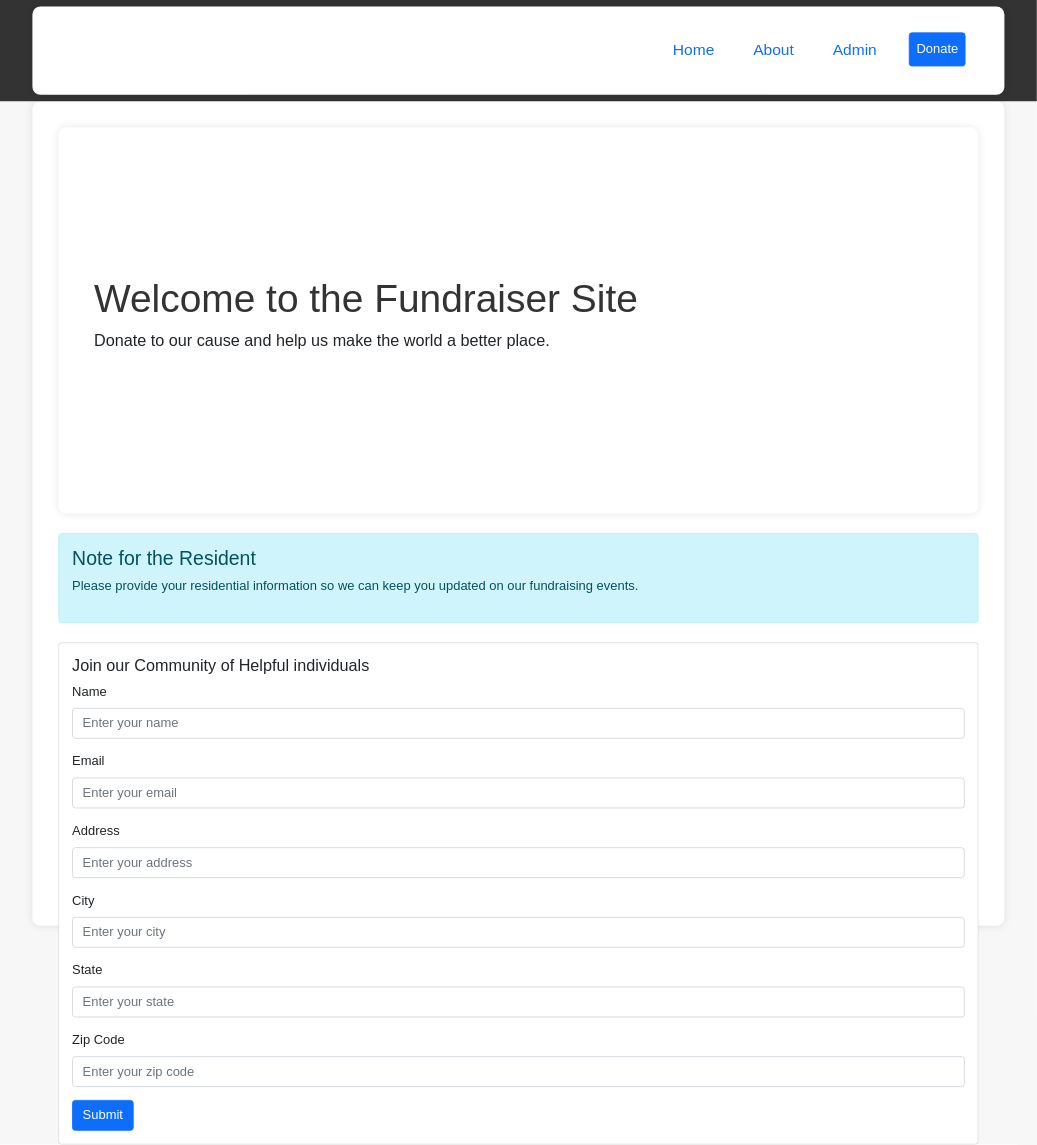
Repository: DragonFruit8/Fundraiser-Page
Page: /
An editor plug-in stored every save of this project. The page is shown before and after a run of saves, followed by the edit.
The browser window is 1280 px wide. The pictures show the whole page, at 81% of full size.
The project was rebuilt for these pictures with package versions that can differ from the ones it lists, and the page was loaded fresh each time. Also part of the build but not shown: src/pages/About.js, src/pages/Donate.js, src/pages/Admin.js.

Above is the page before, as saved 2024-07-19 14:09:29.

### public/index.html
<!DOCTYPE html>
<html lang="en">
  <head>
    <meta charset="utf-8" />
    <link rel="icon" href="%PUBLIC_URL%/favicon.ico" />
    <meta name="viewport" content="width=device-width, initial-scale=1" />
    <meta name="theme-color" content="#000000" />
    <meta
      name="description"
      content="Web site created using create-react-app"
    />
    <link rel="apple-touch-icon" href="%PUBLIC_URL%/logo192.png" />
    <link
      href="https://cdn.jsdelivr.net/npm/bootstrap@5.0.2/dist/css/bootstrap.min.css"
      rel="stylesheet"
      integrity="sha384-EVSTQN3/azprG1Anm3QDgpJLIm9Nao0Yz1ztcQTwFspd3yD65VohhpuuCOmLASjC"
      crossorigin="anonymous"
    />
    <!--
      manifest.json provides metadata used when your web app is installed on a
      user's mobile device or desktop. See https://developers.google.com/web/fundamentals/web-app-manifest/
    -->
    <link rel="manifest" href="%PUBLIC_URL%/manifest.json" />
    <!--
      Notice the use of %PUBLIC_URL% in the tags above.
      It will be replaced with the URL of the `public` folder during the build.
      Only files inside the `public` folder can be referenced from the HTML.

      Unlike "/favicon.ico" or "favicon.ico", "%PUBLIC_URL%/favicon.ico" will
      work correctly both with client-side routing and a non-root public URL.
      Learn how to configure a non-root public URL by running `npm run build`.
    -->
    <title>React App</title>
  </head>
  <body>
    <noscript>You need to enable JavaScript to run this app.</noscript>
    <div id="root"></div>
    <!--
      This HTML file is a template.
      If you open it directly in the browser, you will see an empty page.

      You can add webfonts, meta tags, or analytics to this file.
      The build step will place the bundled scripts into the <body> tag.

      To begin the development, run `npm start` or `yarn start`.
      To create a production bundle, use `npm run build` or `yarn build`.
    -->
    <script
      src="https://cdn.jsdelivr.net/npm/bootstrap@5.0.2/dist/js/bootstrap.bundle.min.js"
      integrity="sha384-MrcW6ZMFYlzcLA8Nl+NtUVF0sA7MsXsP1UyJoMp4YLEuNSfAP+JcXn/tWtIaxVXM"
      crossorigin="anonymous"
    ></script>
    <script
      src="https://cdn.jsdelivr.net/npm/@popperjs/core@2.9.2/dist/umd/popper.min.js"
      integrity="sha384-IQsoLXl5PILFhosVNubq5LC7Qb9DXgDA9i+tQ8Zj3iwWAwPtgFTxbJ8NT4GN1R8p"
      crossorigin="anonymous"
    ></script>
    <script
      src="https://cdn.jsdelivr.net/npm/bootstrap@5.0.2/dist/js/bootstrap.min.js"
      integrity="sha384-cVKIPhGWiC2Al4u+LWgxfKTRIcfu0JTxR+EQDz/bgldoEyl4H0zUF0QKbrJ0EcQF"
      crossorigin="anonymous"
    ></script>
  </body>
</html>

### src/App.js
import React from 'react';
import { BrowserRouter as Router, Route, Routes } from 'react-router-dom';
import Home from './pages/HomeContainer';
import About from './pages/About';
import Donate from './pages/Donate';
import Admin from './pages/Admin';
import GlobalStyle from './globalStyles';
import Navbar from './components/Navbar';

const App = () => {
  return (
    <Router>
      <GlobalStyle />
        <Navbar />
      <Routes>
          <Route exact path="/" element={<Home />} />
          <Route path="/about" element={<About />} />
          <Route path="/donate" element={<Donate />} />
          <Route path="/admin" element={<Admin />} />
      </Routes>
    </Router>
  );
};

export default App;

### src/pages/HomeContainer.js

import React, { useState } from 'react';


const HomeContainer = () => {
    const [residentialInfo, setResidentialInfo] = useState({
        name: '',
        email: '',
        address: '',
        city: '',
        state: '',
        zipCode: ''
    });

    const handleChange = (e) => {
        setResidentialInfo({
            ...residentialInfo,
            [e.target.name]: e.target.value
        });
    };

    const handleSubmit = (e) => {
        e.preventDefault();
        // Send residentialInfo to the association for neighbors
        console.log(residentialInfo);
        // Reset the form
        setResidentialInfo({
            name: '',
            email: '',
            address: '',
            city: '',
            state: '',
            zipCode: ''
        });
    };

    return (
        <section className="container">
            <div className="row justify-content-center">
                <div className="col">
                    <div className="d-flex container row h-50 justify-content-center align-items-center">
                        <div className="col">
                            <h1 className="display-5">Welcome to the Fundraiser Site</h1>
                            <p className="lead">Donate to our cause and help us make the world a better place.</p>
                        </div>
                    </div>
                    {/* A note for the resident */}
                    <div className="alert alert-info mt-4" role="alert">
                        <h4 className="alert-heading">Note for the Resident</h4>
                        <p>
                            Please provide your residential information so we can keep you updated on our fundraising events.
                        </p>
                    </div>
                    <div className="card mt-4">
                        <div className="card-body">
                            <h5 className="card-title">Join our Community of Helpful individuals</h5>
                            <form onSubmit={handleSubmit}>
                                <div className="mb-3">
                                    <label htmlFor="name" className="form-label">Name</label>
                                    <input type="text" className="form-control" id="name" placeholder="Enter your name" />
                                </div>
                                <div className="mb-3">
                                    <label htmlFor="email" className="form-label">Email</label>
                                    <input type="email" className="form-control" id="email" placeholder="Enter your email" />
                                </div>
                                <div className="mb-3">
                                    <label htmlFor="address" className="form-label">Address</label>
                                    <input type="text" className="form-control" id="address" name="address" value={residentialInfo.address} onChange={handleChange} placeholder="Enter your address" />
                                </div>
                                <div className="mb-3">
                                    <label htmlFor="city" className="form-label">City</label>
                                    <input type="text" className="form-control" id="city" name="city" value={residentialInfo.city} onChange={handleChange} placeholder="Enter your city" />
                                </div>
                                <div className="mb-3">
                                    <label htmlFor="state" className="form-label">State</label>
                                    <input type="text" className="form-control" id="state" name="state" value={residentialInfo.state} onChange={handleChange} placeholder="Enter your state" />
                                </div>
                                <div className="mb-3">
                                    <label htmlFor="zipCode" className="form-label">Zip Code</label>
                                    <input type="text" className="form-control" id="zipCode" name="zipCode" value={residentialInfo.zipCode} onChange={handleChange} placeholder="Enter your zip code" />
                                </div>
                                <button type="submit" className="btn btn-primary">Submit</button>
                            </form>
                        </div>
                    </div>
                </div>
            </div>
        </section>
    );
    };


export default HomeContainer;

### src/globalStyles.js
import { createGlobalStyle } from 'styled-components';

const GlobalStyle = createGlobalStyle`
  body {
    margin: 0;
    padding: 0;
    font-family: 'Arial', sans-serif;
    background-color: #f7f7f7;
  }

  nav {
    background-color: #333;
    padding: 1rem;
    display: flex;
    justify-content: center;
  }

  nav a {
    color: #fff;
    margin: 0 1rem;
    text-decoration: none;
    font-size: 1.2rem;
  }

  nav a:hover {
    text-decoration: underline;
  }

  .container {
    max-width: 1200px;
    margin: 0 auto;
    padding: 2rem;
    background-color: #fff;
    box-shadow: 0 0 10px rgba(0, 0, 0, 0.1);
    border-radius: 10px;
  }

  h1 {
    color: #333;
  }

  button {
    background-color: #007BFF;
    color: #fff;
    border: none;
    padding: 0.5rem 1rem;
    font-size: 1rem;
    border-radius: 5px;
    cursor: pointer;
  }

  button:hover {
    background-color: #0056b3;
  }

  input {
    padding: 0.5rem;
    font-size: 1rem;
    margin-right: 0.5rem;
    border-radius: 5px;
    border: 1px solid #ccc;
  }
`;

export default GlobalStyle;

### src/components/Navbar.js
import React from 'react';
import { Link } from 'react-router-dom';

const Navbar = () => {
    return (
        <nav className="navbar navbar-expand-lg">
            <div className="container">
                <Link className="navbar-brand" to="/">Fundraiser Site</Link>
                <button className="navbar-toggler" type="button" data-bs-toggle="collapse" data-bs-target="#navbarNav" aria-controls="navbarNav" aria-expanded="false" aria-label="Toggle navigation">
                    <span className="navbar-toggler-icon"></span>
                </button>
                <div className="collapse navbar-collapse" id="navbarNav">
                    <ul className="navbar-nav ms-auto">
                        <li className="nav-item">
                            <Link className="nav-link" to="/">Home</Link>
                        </li>
                        <li className="nav-item">
                            <Link className="nav-link" to="/about">About</Link>
                        </li>
                        <li className="nav-item">
                            <Link className="nav-link" to="/admin">Admin</Link>
                        </li>
                        <li className="nav-item">
                            <Link className="nav-link btn btn-primary text-white" to="/donate">Donate</Link>
                        </li>
                    </ul>
                </div>
            </div>
        </nav>
    );
}

export default Navbar;

Loaded but not shown: src/index.js (common file); src/index.css (common file)

After the next 2 saves:
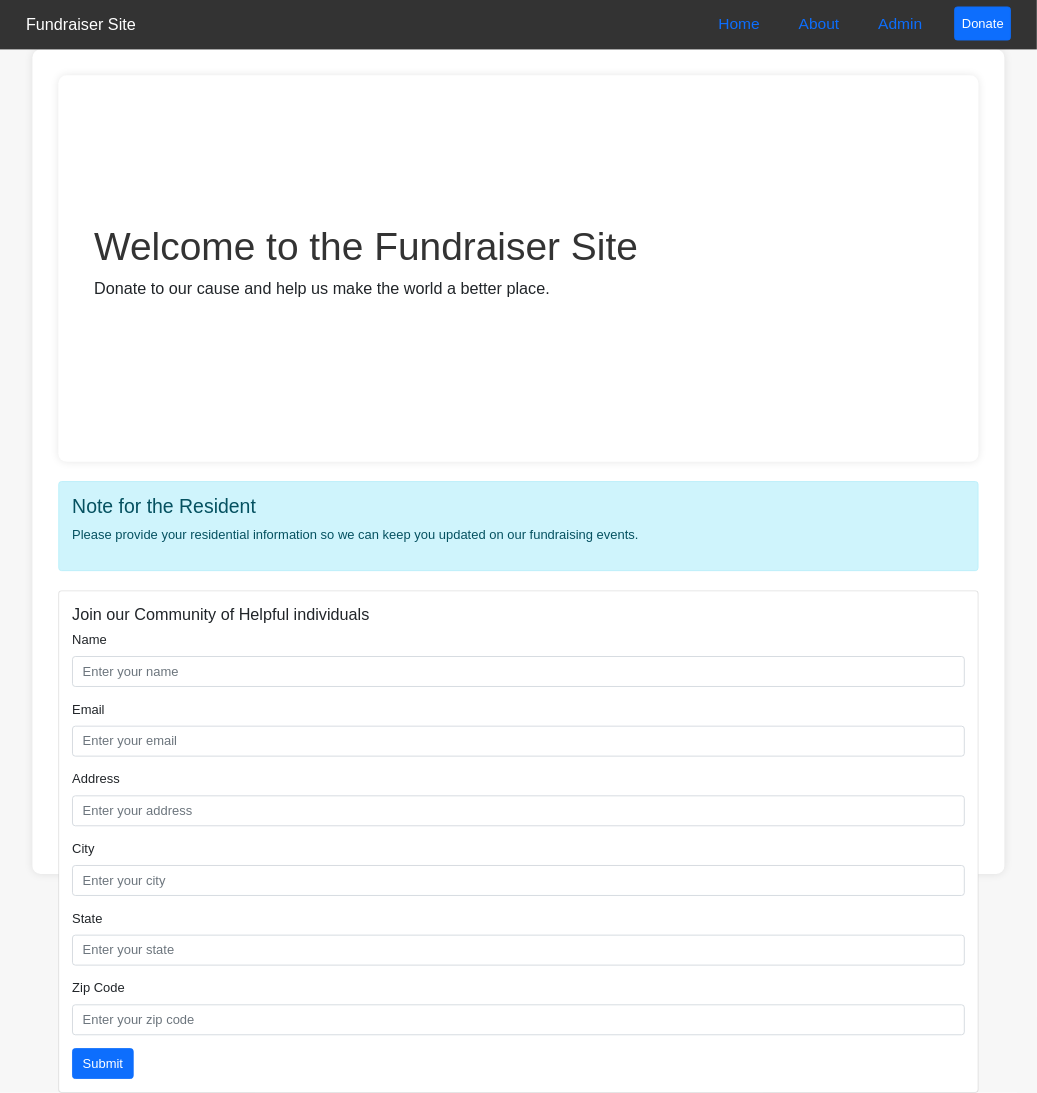
The 2 saves are shown as one change because 1 did not build or start.
The last was saved 10 s later.
--- a/src/components/Navbar.js
+++ b/src/components/Navbar.js
@@ -4,7 +4,7 @@ import { Link } from 'react-router-dom';
 const Navbar = () => {
     return (
         <nav className="navbar navbar-expand-lg">
-            <div className="container">
+
                 <Link className="navbar-brand" to="/">Fundraiser Site</Link>
                 <button className="navbar-toggler" type="button" data-bs-toggle="collapse" data-bs-target="#navbarNav" aria-controls="navbarNav" aria-expanded="false" aria-label="Toggle navigation">
                     <span className="navbar-toggler-icon"></span>
@@ -25,7 +25,6 @@ const Navbar = () => {
                         </li>
                     </ul>
                 </div>
-            </div>
         </nav>
     );
 }
